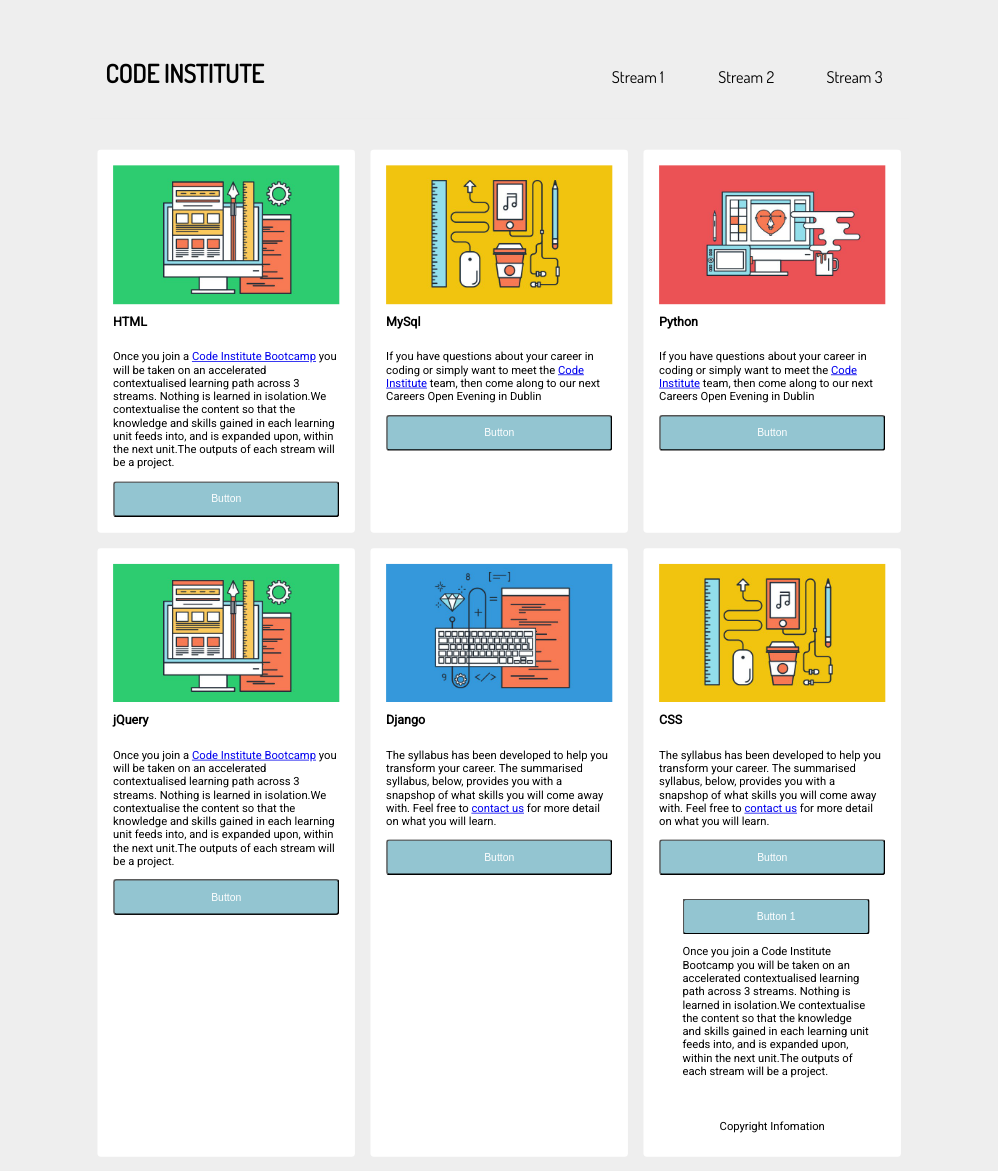
Repository: loosenthedark/CI_jquery-events
Page: Cards-jquery.html
The author's editor kept a record of every edit. The page is drawn from the files as they stood at one moment, then again after the next edit.
The browser window is 1280 px wide. The pictures show the whole page, at 78% of full size.
Some web libraries are served in a nearby version.

Above is the page before.

### Cards-jquery.html
<!DOCTYPE html>
<html lang="en">

<head>
	<meta charset="UTF-8">
	<meta name="viewport" content="width=device-width, initial-scale=1">
	<title>jQuery</title>
	<link href="style.css" rel="stylesheet">
	<link href='https://fonts.googleapis.com/css?family=Roboto' rel='stylesheet' type='text/css'>
	<link href='https://fonts.googleapis.com/css?family=Dosis' rel='stylesheet' type='text/css'>
</head>

<body>
	<div id="container">
		<nav>
			<ul>
				<li id="logoNav">CODE INSTITUTE</li>
				<li id="stream1" class="stream-nav">Stream 1</li>
				<li id="stream2" class="stream-nav">Stream 2</li>
				<li id="stream3" class="stream-nav">Stream 3</li>
			</ul>
		</nav>
		<div class="card stream1-card">
			<img class="card_image" src="img/3.png" alt="coding icon">
			<div class="card_bottom">
				<h2 class="card_head" id="h2_1">HTML</h2>
				<p class="card_para" id="firstpara">Once you join a <a href="#">Code Institute Bootcamp</a> you will be taken on an accelerated contextualised learning path across 3 streams. Nothing is learned in isolation.We contextualise the content so that the knowledge and skills gained in each
					learning unit feeds into, and is expanded upon, within the next unit.The outputs of each stream will be a project. </p>
				<button class="bottom_button" id="firstbutton">Button</button>
			</div>
		</div>
		<div class="card stream3-card">
			<img class="card_image" src="img/1.png" alt="coding icon">
			<div class="card_bottom">
			<h2 class="card_head" id="h2_2">MySql</h2>
			<p class="card_para" id="secondpara">If you have questions about your career in coding or simply want to meet the <a href="#">Code Institute</a> team, then come along to our next Careers Open Evening in Dublin</p>
			<button class="bottom_button" id="secondbutton">Button</button>
			</div>
		</div>

		<div class="card stream2-card">
			<img class="card_image" src="img/2.png" alt="coding icon">
			<div class="card_bottom">
			<h2 class="card_head" id="h2_3">Python</h2>
			<p class="card_para" id="thirdpara">If you have questions about your career in coding or simply want to meet the <a href="#">Code Institute</a> team, then come along to our next Careers Open Evening in Dublin</p>
			<button class="bottom_button" id="thirdbutton">Button</button>
			</div>
		</div>
		<div class="card stream1-card">
			<img class="card_image" src="img/3.png" alt="coding icon">
			<div class="card_bottom">
				<h2 class="card_head" id="h2_4">jQuery</h2>
				<p class="card_para" id="fourthpara">Once you join a <a href="#">Code Institute Bootcamp</a> you will be taken on an accelerated contextualised learning path across 3 streams. Nothing is learned in isolation.We contextualise the content so that the knowledge and skills gained in each
					learning unit feeds into, and is expanded upon, within the next unit.The outputs of each stream will be a project. </p>
				<button class="bottom_button" id="fourthbutton">Button</button>
			</div>
		</div>
		<div class="card stream3-card">
			<img class="card_image" src="img/4.png" alt="coding icon">
			<div class="card_bottom">
			<h2 class="card_head" id="h2_5">Django</h2>
			<p class="card_para" id="fifthpara">The syllabus has been developed to help you transform your career. The summarised syllabus, below, provides you with a snapshop of what skills you will come away with. Feel free to <a href="#">contact us</a> for more detail on what you will learn.</p>
			<button class="bottom_button" id="fifthbutton">Button</button>
			</div>
		</div>
		<div class="card stream1-card">
			<img class="card_image" src="img/1.png" alt="coding icon">
			<div class="card_bottom">
			<h2 class="card_head" id="h2_6">CSS</h2>
			<p class="card_para" id="sixthpara">The syllabus has been developed to help you transform your career. The summarised syllabus, below, provides you with a snapshop of what skills you will come away with. Feel free to <a href="#">contact us</a> for more detail on what you will learn.</p>
			<button class="bottom_button" id="sixthbutton">Button</button>
		</div>
		<div class='card'>
			<button id='button1' class="bottom_button">Button 1</button>
			<p id='para1' class="card_para">Once you join a Code Institute Bootcamp you will be taken on an accelerated contextualised learning path across 3 streams. Nothing is learned in isolation.We contextualise the content so that the knowledge and skills gained in each learning unit feeds
				into, and is expanded upon, within the next unit.The outputs of each stream will be a project. </p>
		</div>
		<div id="my_footer">
			<p id="copyright">Copyright Infomation</p>
		</div>
	</div>
	<script src="https://code.jquery.com/jquery-3.2.1.js" integrity="sha256-DZAnKJ/6XZ9si04Hgrsxu/8s717jcIzLy3oi35EouyE=" crossorigin="anonymous"></script>
	<script src="script.js"></script>
	<!-- Scripts located at the bottom of the body to insure page is fully loaded before execution -->

</body>

</html>

### style.css
body{
	font-family: 'Roboto', sans-serif;
	/*background-image: url(img/code-institute.jpg);
 	background-size: cover;
 	color: #ffffff;*/
 	background-color: #eee;
}

h1{
	font-size: 3em;
	text-align: center;
}
h2{
	font-size: 1em;
	text-align: left;
}
p{
	font-size: .9rem;
}

div{
	border-radius: 4px;
}

.card_image{
	width: 100%;
}
.bottom_button{
	display: flex;
	box-sizing:border-box;
	border-radius: 4px;
	display: block;
	width: 100%;
	background-color:rgba(129, 187, 201,.85);
	text-align: center;
	padding: 1em .75em;
	text-decoration: none;
	color: #fff;

}

.card_bottom{
	display: flex;
	flex-flow:column;
}
.card_head{
	flex:0;
}
.card_para{
	flex:1 0 auto;
}

#container
{
	display: flex;		/* makes container a flexbox*/
	flex-flow: row wrap; 	/* layout the boxes in rows and wrap them*/
	box-sizing:border-box;
	margin-right:auto;
	margin-left:auto;
	max-width:1050px;
}
#logo{
	width: 800px;
	margin: auto;
}

.card{
	flex:1; /* */
	display: flex;	/* make the contents controllable by flexbox*/
	flex-flow:column;	/* */
	min-width: 240px; /**/
	margin: 10px;
	padding: 20px;
	background-color: #fff;
}
.highlight_stream{
	background-color: #EB5255;
}

#my_footer{
	width:100%;
	text-align: center;
}
#copyright{
	margin-top:10px;
	margin-bottom:10px;

}

/*************************
Navigation

**************************/

nav{
	font-family: roboto;
	background-color: #eee;
	margin: 30px auto;
	width: 100%;
}
ul{
	display: flex;
	justify-content:space-between;
	flex-flow: row;
	/*flex-flow: row-reverse;*/
	/*justify-content:flex-end;*/
	/*justify-content:space-around;*/
	/*align-items:flex-start;*/
	align-items:baseline;
	border-radius: 10px;
	list-style-type: none; /*Remove Bullets*/
	padding: 0;
}
li{
	flex:1;
	height: 30px;
	/*width:10%;*/
	/*border:2px solid #000;*/
	/*background-color: #81BBC9;*/
	/*border-radius: 10px;*/
	font-family: Dosis;
	padding:20px 20px 20px 20px;
	text-align: center;
	font-size: 1.3em;
}

#logoNav{
	flex:6;
	text-align: left;
	font-size: 2em;
	font-weight: bold;
}

.underline{
  text-decoration:underline;
}
.border{
  border: solid 5px #ccc;
}

.redpara {
	color: red;
}

.bg_lightblue {
	background: lightblue;
}

.bigheader {
	font-size: 2.5em;
}


@media screen and (max-width: 700px){
	ul{
		flex-flow: column;
		align-items:center;
	}
	li{
		font-size: 2em;
	}
}

### script.js
$(document).ready(function() {

	// $("#stream1_btn").on('click', function() {
 //	$("#stream1").click(function() {
 //		$(".stream1-card").removeClass('highlight_stream');
	// 	$(".stream2-card").removeClass('highlight_stream');
	// 	$(".stream3-card").removeClass('highlight_stream');
	//   	$(".stream1-card").addClass('highlight_stream');
	// });
	// $("#stream2").on("click", function() {
	// 	$(".stream1-card").removeClass('highlight_stream');
	// 	$(".stream2-card").removeClass('highlight_stream');
	// 	$(".stream3-card").removeClass('highlight_stream');
	//   	$(".stream2-card").addClass('highlight_stream');
	// });
	// $("#stream3").on("click", function() {
	// 	$(".stream1-card").removeClass('highlight_stream');
	// 	$(".stream2-card").removeClass('highlight_stream');
	// 	$(".stream3-card").removeClass('highlight_stream');
	//   	$(".stream3-card").addClass('highlight_stream');
	// });

	$('.stream-nav').click(function(){
		var allStreamsCardsSelector = '.card';
		var thisStreamCardsSelector = '.' + this.id + '-card';
		$(allStreamsCardsSelector).removeClass('highlight_stream');
		$(thisStreamCardsSelector).addClass('highlight_stream');
	});

	$('p').click(function(){
		$(this).children('a').toggleClass('link_highlighter');
	});

	$('#button1').click(function(){
		$(this).next().slideToggle('slow');
	});

	$('img').click(function(){
		$('img').next().children('p').slideDown(3000);
	});

	$('.card').click(function(){
		$(this).toggleClass('card_highlighter');
	});

	$('#select').click(function(){
		if ($('.card').css('background-color', 'pink')) {
			$(this).addClass('show_panels');
		} else {
		$('.card').addClass('hide_panels');
		}
	});

	$('#all').click(function(){
		$('.card').addClass('show_panels');
	});

	$('p').click(function() {
		$('p').addClass('redpara');
	});

	$('h2').hover(function() {
		$('h2').addClass('bg_lightblue');
	});

	$('#h2_1').hover(function() {
		$('#h2_2').removeClass('bigheader');
		$('#h2_3').removeClass('bigheader');
		$('#h2_4').removeClass('bigheader');
		$('#h2_5').removeClass('bigheader');
		$('#h2_6').removeClass('bigheader');
		$('#h2_1').addClass('bigheader');
	});

	$('#h2_2').hover(function() {
		$('#h2_1').removeClass('bigheader');
		$('#h2_3').removeClass('bigheader');
		$('#h2_4').removeClass('bigheader');
		$('#h2_5').removeClass('bigheader');
		$('#h2_6').removeClass('bigheader');
		$('#h2_2').addClass('bigheader');
	});

	$('#h2_3').hover(function() {
		$('#h2_1').removeClass('bigheader');
		$('#h2_2').removeClass('bigheader');
		$('#h2_4').removeClass('bigheader');
		$('#h2_5').removeClass('bigheader');
		$('#h2_6').removeClass('bigheader');
		$('#h2_3').addClass('bigheader');
	});

	$('#h2_4').hover(function() {
		$('#h2_1').removeClass('bigheader');
		$('#h2_2').removeClass('bigheader');
		$('#h2_3').removeClass('bigheader');
		$('#h2_5').removeClass('bigheader');
		$('#h2_6').removeClass('bigheader');
		$('#h2_4').addClass('bigheader');
	});

	$('#h2_5').hover(function() {
		$('#h2_1').removeClass('bigheader');
		$('#h2_2').removeClass('bigheader');
		$('#h2_3').removeClass('bigheader');
		$('#h2_4').removeClass('bigheader');
		$('#h2_6').removeClass('bigheader');
		$('#h2_5').addClass('bigheader');
	});

	$('#h2_6').hover(function() {
		$('#h2_1').removeClass('bigheader');
		$('#h2_2').removeClass('bigheader');
		$('#h2_3').removeClass('bigheader');
		$('#h2_4').removeClass('bigheader');
		$('#h2_5').removeClass('bigheader');
		$('#h2_6').addClass('bigheader');
	});

	$('.bottom_button').hover(function() {
		$('body').css('background', 'black');
	});

	$('.bottom_button').mouseleave(function() {
		$('body').css('background', '#eee');
	});

	// $('#firstbutton').click(function() {
	//     $('#firstbutton').hide(3000);
	// });

	$('#firstbutton').click(function() {
	    $('#firstpara').slideToggle(1000, 'linear');
	});

	$('#secondbutton').click(function() {
	    $('#secondpara').slideToggle(1000, 'linear');
	});

	$('#thirdbutton').click(function() {
	    $('#thirdpara').slideToggle(1000, 'linear');
	});

	$('#fourthbutton').click(function() {
	    $('#fourthpara').slideToggle(500, 'linear');
	});

	$('#fifthbutton').click(function() {
	    $('#fifthpara').slideToggle(500, 'linear');
	});

	$('#sixthbutton').click(function() {
	    $('#sixthpara').slideToggle(500, 'linear');
	});

	$('#firstbutton').mouseenter(function() {
		$('#firstbutton').fadeTo(1000, 0.5);
	});

	$('#firstbutton').mouseleave(function() {
		$('#firstbutton').fadeTo(1000, 1);
	});

	$('#secondbutton').mouseenter(function() {
		$('#secondbutton').fadeTo(1000, 0.5);
	});

	$('#secondbutton').mouseleave(function() {
		$('#secondbutton').fadeTo(1000, 1);
	});

	$('#thirdbutton').mouseenter(function() {
		$('#thirdbutton').fadeTo(1000, 0.5);
	});

	$('#thirdbutton').mouseleave(function() {
		$('#thirdbutton').fadeTo(1000, 1);
	});

	$('#fourthbutton').mouseenter(function() {
		$('#fourthbutton').fadeTo(1000, 0.5);
	});

	$('#fourthbutton').mouseleave(function() {
		$('#fourthbutton').fadeTo(1000, 1);
	});

	$('#fifthbutton').mouseenter(function() {
		$('#fifthbutton').fadeTo(1000, 0.5);
	});

	$('#fifthbutton').mouseleave(function() {
		$('#fifthbutton').fadeTo(1000, 1);
	});

	$('#sixthbutton').mouseenter(function() {
		$('#sixthbutton').fadeTo(1000, 0.5);
	});

	$('#sixthbutton').mouseleave(function() {
		$('#sixthbutton').fadeTo(1000, 1);
	});

});

After the next edit:
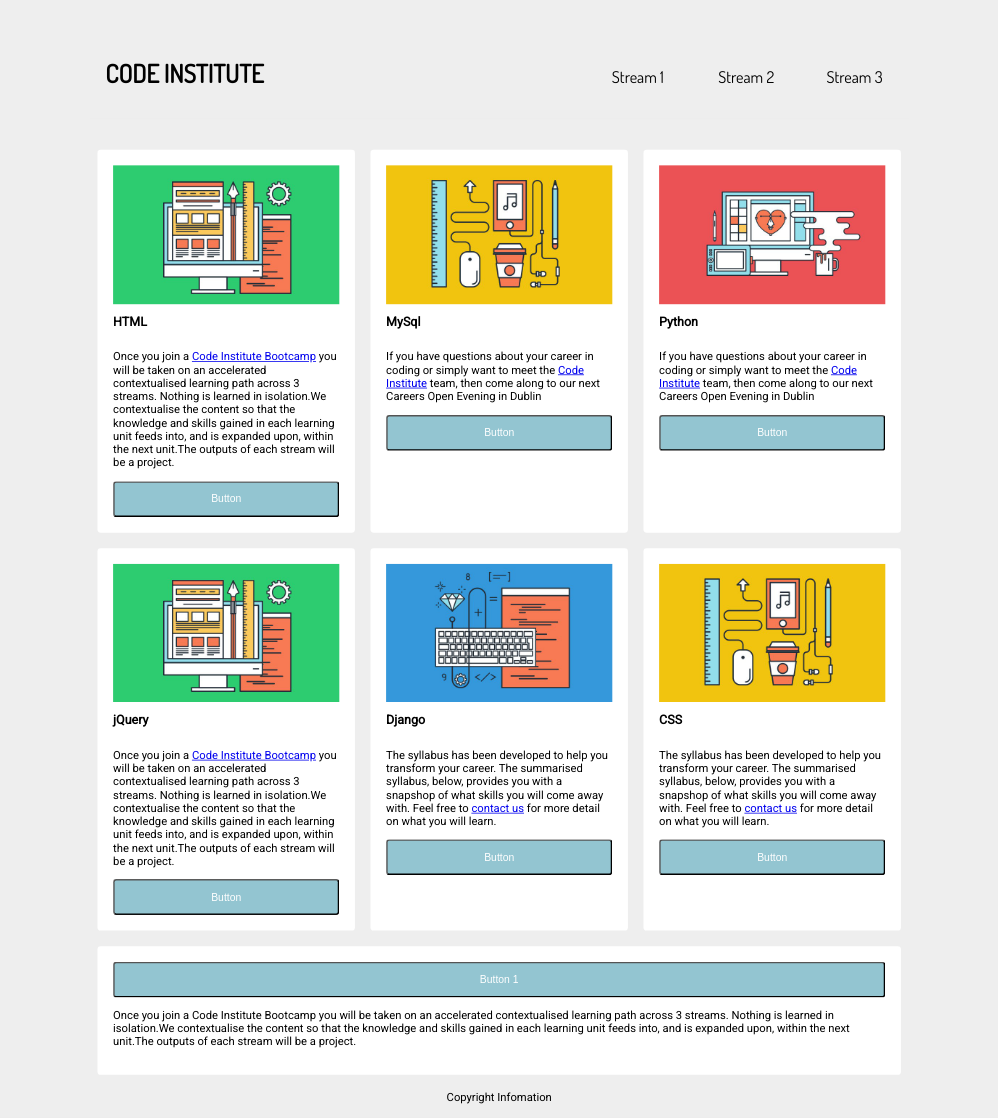
The edit:
--- a/Cards-jquery.html
+++ b/Cards-jquery.html
@@ -32,18 +32,18 @@
 		<div class="card stream3-card">
 			<img class="card_image" src="img/1.png" alt="coding icon">
 			<div class="card_bottom">
-			<h2 class="card_head" id="h2_2">MySql</h2>
-			<p class="card_para" id="secondpara">If you have questions about your career in coding or simply want to meet the <a href="#">Code Institute</a> team, then come along to our next Careers Open Evening in Dublin</p>
-			<button class="bottom_button" id="secondbutton">Button</button>
+				<h2 class="card_head" id="h2_2">MySql</h2>
+				<p class="card_para" id="secondpara">If you have questions about your career in coding or simply want to meet the <a href="#">Code Institute</a> team, then come along to our next Careers Open Evening in Dublin</p>
+				<button class="bottom_button" id="secondbutton">Button</button>
 			</div>
 		</div>
 
 		<div class="card stream2-card">
 			<img class="card_image" src="img/2.png" alt="coding icon">
 			<div class="card_bottom">
-			<h2 class="card_head" id="h2_3">Python</h2>
-			<p class="card_para" id="thirdpara">If you have questions about your career in coding or simply want to meet the <a href="#">Code Institute</a> team, then come along to our next Careers Open Evening in Dublin</p>
-			<button class="bottom_button" id="thirdbutton">Button</button>
+				<h2 class="card_head" id="h2_3">Python</h2>
+				<p class="card_para" id="thirdpara">If you have questions about your career in coding or simply want to meet the <a href="#">Code Institute</a> team, then come along to our next Careers Open Evening in Dublin</p>
+				<button class="bottom_button" id="thirdbutton">Button</button>
 			</div>
 		</div>
 		<div class="card stream1-card">
@@ -58,17 +58,18 @@
 		<div class="card stream3-card">
 			<img class="card_image" src="img/4.png" alt="coding icon">
 			<div class="card_bottom">
-			<h2 class="card_head" id="h2_5">Django</h2>
-			<p class="card_para" id="fifthpara">The syllabus has been developed to help you transform your career. The summarised syllabus, below, provides you with a snapshop of what skills you will come away with. Feel free to <a href="#">contact us</a> for more detail on what you will learn.</p>
-			<button class="bottom_button" id="fifthbutton">Button</button>
+				<h2 class="card_head" id="h2_5">Django</h2>
+				<p class="card_para" id="fifthpara">The syllabus has been developed to help you transform your career. The summarised syllabus, below, provides you with a snapshop of what skills you will come away with. Feel free to <a href="#">contact us</a> for more detail on what you will learn.</p>
+				<button class="bottom_button" id="fifthbutton">Button</button>
 			</div>
 		</div>
 		<div class="card stream1-card">
 			<img class="card_image" src="img/1.png" alt="coding icon">
 			<div class="card_bottom">
-			<h2 class="card_head" id="h2_6">CSS</h2>
-			<p class="card_para" id="sixthpara">The syllabus has been developed to help you transform your career. The summarised syllabus, below, provides you with a snapshop of what skills you will come away with. Feel free to <a href="#">contact us</a> for more detail on what you will learn.</p>
-			<button class="bottom_button" id="sixthbutton">Button</button>
+				<h2 class="card_head" id="h2_6">CSS</h2>
+				<p class="card_para" id="sixthpara">The syllabus has been developed to help you transform your career. The summarised syllabus, below, provides you with a snapshop of what skills you will come away with. Feel free to <a href="#">contact us</a> for more detail on what you will learn.</p>
+				<button class="bottom_button" id="sixthbutton">Button</button>
+			</div>
 		</div>
 		<div class='card'>
 			<button id='button1' class="bottom_button">Button 1</button>
